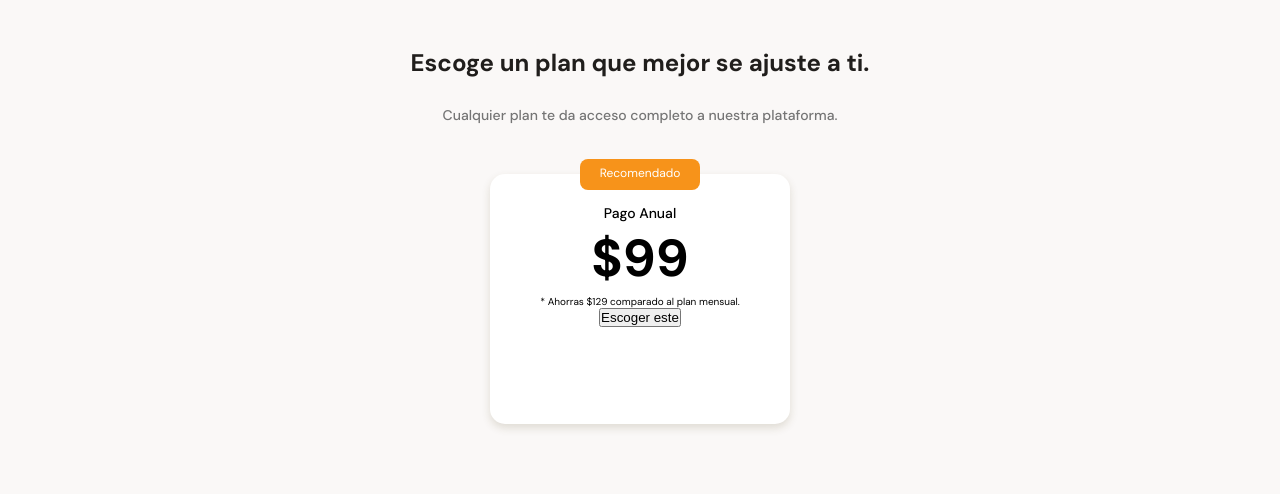
Repository: EnzoSz/Mobile-First
Page: index.html
The author's editor kept a copy of each file at every save. The page is drawn from the files as they stood at one save, then again after the next save.
The browser window is 1280 px wide. The pictures show the part of the page from y = 2782 to 3276 px (the page is 3276 px tall).

Above is the page before, as saved 2021-02-04 22:49:17.

After the next save:
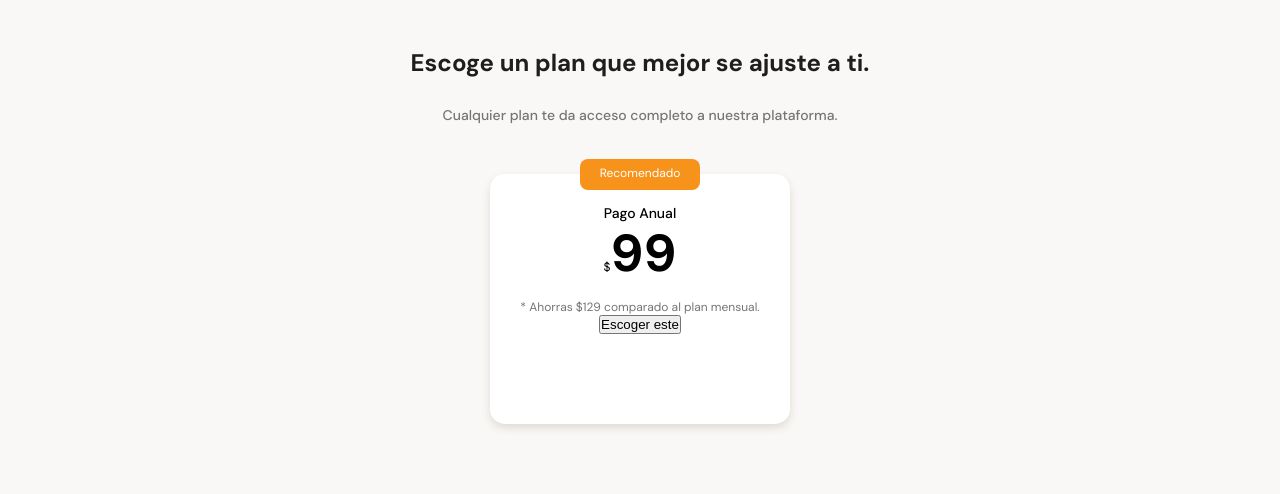
Saved 43 min 42 s later.
--- a/estilos.css
+++ b/estilos.css
@@ -404,6 +404,14 @@
     padding: 5px 0;
     font-size: 5.2rem;
     font-weight: bold;
-    line-height: 6.3rem;
+    line-height: 5.3rem;
     color: black;
 }
+.plan-card--price span {
+    font-size: 1.2rem;
+    font-weight: 300;
+}
+.plan-card--saving {
+    font-size: 1.2rem;
+    color: #757575;
+}
